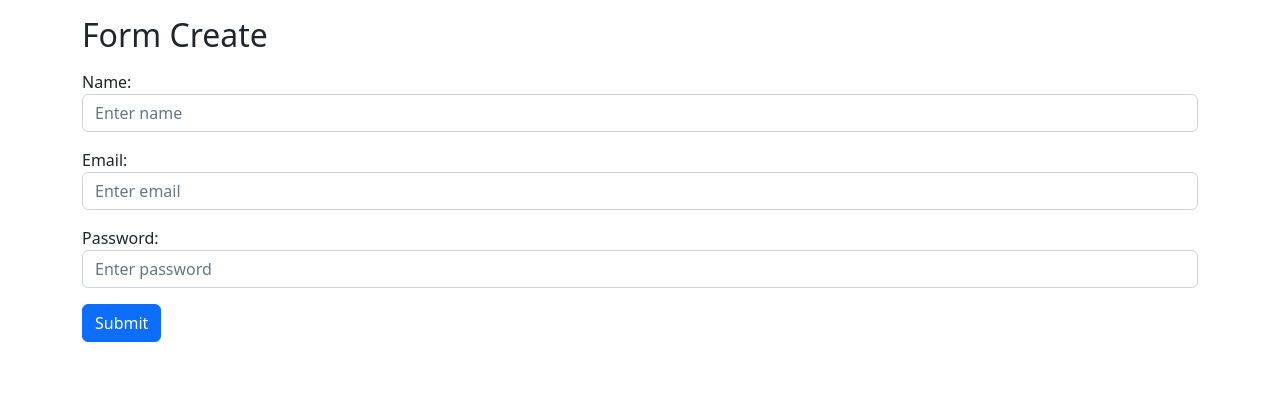
Repository: HoangLinh2001/PHP
Page: http://localhost/create_employee.php
The author's editor kept a copy of each file at every save. The page is drawn from the files as they stood at one save, then again after the next save.
The browser window is 1280 px wide. The pictures show the whole page.
The page is run by PHP 8.4 with error messages shown; the project is at /var/www/html/.

Above is the page before, as saved 2023-06-20 21:28:56.

After the next save:
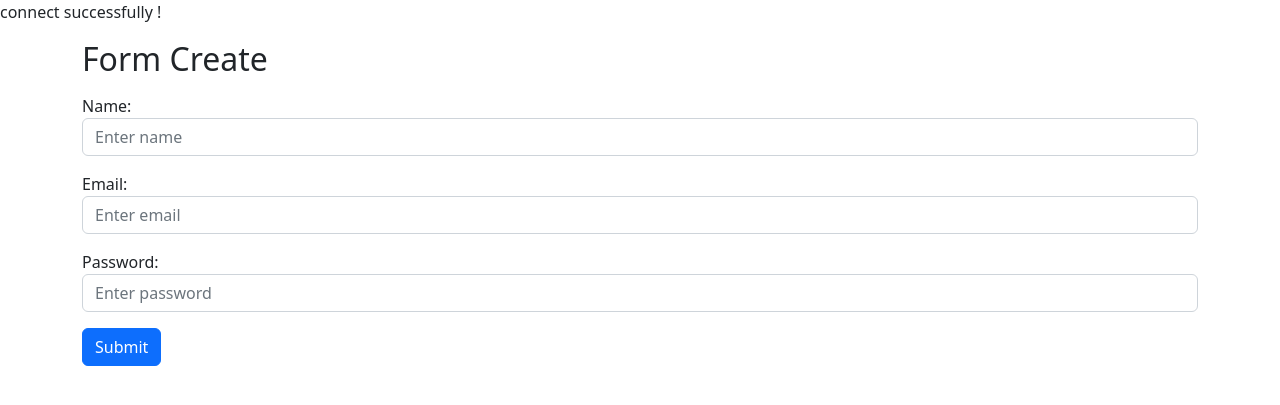
Saved 54 s later.
--- a/DEMOPHPBUOI2/connectdb.php
+++ b/DEMOPHPBUOI2/connectdb.php
@@ -6,8 +6,8 @@
     //create connection
     $con = new mysqli($serverName,$username,$password,$dbname);
     //check connection
-    // if ($con -> connect_error) {
-    //     die("connection failed: ".$con->connect_error);
-    // }
-    // echo "connect successfully !";
+    if ($con -> connect_error) {
+        die("connection failed: ".$con->connect_error);
+    }
+    echo "connect successfully !";
 ?>

After the save that followed:
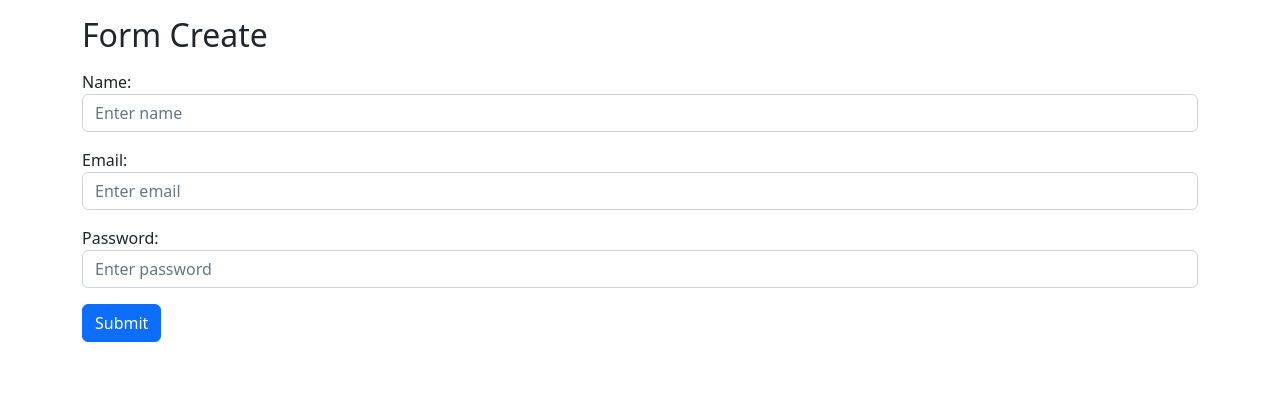
Saved 13 s later.
--- a/DEMOPHPBUOI2/connectdb.php
+++ b/DEMOPHPBUOI2/connectdb.php
@@ -6,8 +6,8 @@
     //create connection
     $con = new mysqli($serverName,$username,$password,$dbname);
     //check connection
-    if ($con -> connect_error) {
-        die("connection failed: ".$con->connect_error);
-    }
-    echo "connect successfully !";
+    // if ($con -> connect_error) {
+    //     die("connection failed: ".$con->connect_error);
+    // }
+    // echo "connect successfully !";
 ?>
